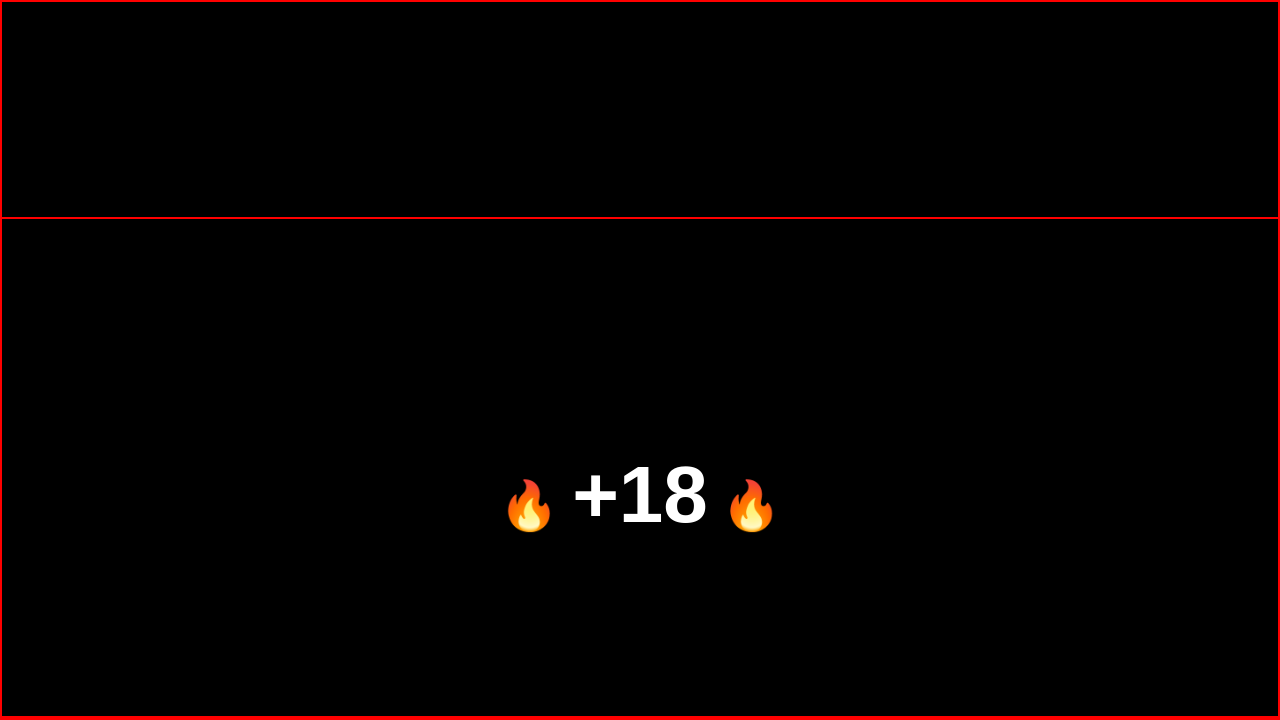
Repository: odiloalmeida/inever
Page: index.html
An editor plug-in stored every save of this project. The page is shown before and after the next save, followed by the edit.
The browser window is 1280 px wide. The pictures show the whole page.

Above is the page before, as saved 2023-01-31 22:27:44.

### index.html
<!DOCTYPE html>
<html lang="en">
<head>
    <meta charset="UTF-8">
    <meta http-equiv="X-UA-Compatible" content="IE=edge">
    <meta name="viewport" content="width=device-width, initial-scale=1.0">
    <link rel="icon" type="image/svg+xml" href="https://cdn-icons-png.flaticon.com/512/5181/5181956.png" />
    <link rel="stylesheet" href="./style.css">
    <title>18+ I Never</title>

</head>

<body>
    <div>
        <h1>EU NUNCA</h1>
    </div>
    <button id="myButton" onclick="changeButtonName()">
        <br>
        <span3>&#128293</span3>
        <span2>+18</span2>
        <span3>&#128293</span3>
    </button>
</body>

<script>

    function changeButtonName() {
        var button = document.getElementById("myButton");

        var names = ["Beijei alguém dessa turma",
        "Senti atração por alguém dessa turma",
        "Tomei banho pelado na praia/piscina",
        "Fiquei com um professor",
        "Fiquei com um amigo e me arrependi",
        "Fiquei com um amigo e não disse pra ninguém",
        "Menti sobre ter ficado com uma pessoa",
        "Bebi tanto que beijei alguém que não queria",
        "Bebi tanto que esqueci tudo no outro dia",
        "Vi um nudes de alguém dessa turma",
        "Desejei o namorado(a) de um amigo",
        "Fiquei com alguém por interesse",
        "Acelerei o ato sexual por que o oral estava ruim",
        "Bebi pra ter coragem de chegar numa pessoa",
        "Transei na escola ou faculdade",
        "Transei no chão",
        "Fiz sexo oral enquanto a pessoa trabalhava",
        "Fiz sexo oral enquanto a pessoa dirigia",
        "Usei fantasias sexuais",
        "Usei plug anal",
        "Usei um vibrador",
        "Fiquei com alguém depois neguei pra todo mundo",
        "Disse pra uma pessoa que a amava sem amar",
        "Transei no carro",
        "Broxei no meio do ato sexual",
        "Desisti de ficar com uma pessoa por que ela estava fedendo",
        "Fui chupar e estava fedendo muito e desisti",
        "Me masturbei depois do ato sexual por que não conseguir “chegar lá” com o parceiro",
        "Fiquei com dois amigos ao mesmo tempo sem eles saberem",
        "Parei o ato sexual para ir fazer xixi",
        "Fiz a chuca",
        "Transei na rua",
        "Paguei por sexo",
        "Fiz sexo por dinheiro",
        "Dei um beijo triplo",
        "Voltaria com um ex",
        "Fiquei com uma pessoa em um lugar e logo em seguida fui para outro lugar ficar com outra",
        "Tirei fotos pelado(a)",
        "Fiquei com alguém para fazer ciúme a outro",
        "Sofri por amor",
        "Sofri por ficante",
        "Espiei alguém tomando banho",
        "Tomei banho com alguém",
        "Enfiei o dedo no orifício de alguém (kkkk)",
        "Eu nunca fiquei com um amigo do meu amigo eme arrependi",
        "Eu nunca tive uma DST",
        "Eu já desejei a mãe de um amigo",
        "Eu já desejei o pai de um amigo",
        "Já beixei alguém do mesmo sexo",
        "Já deixei chuparem minha porta dos fundos",
        "Já questionei a minha sexualidade",
        "Já fiz goldenshower",
        "Já desisti do sexo quando vi o tamanho do instrumento",
        "Fumei um",
        "Cheirei cocaina",
        "Usei LSD",
        "Passei comida no parceiro",
        "Troquei o nome da pessoa na hora H",
        "Fiquei com uma pensando em outra",
        "Fatei aula pra ficar com alguém",
        "Menti nesse jogo",
        "Disse que estava doente para nao transar",
        "Fiquei com professor",
        "Fiquei com alguém por gratidão",
        "Tive tara em mãos",
        "Tive tara em pés",
        "Tive tara em ruivas",
        "Fui amordaçado",
        "Fui algemado",
        "Fui chicoteado",
        "Bati de mais em alguém na hora H e fiquei com medo",
        "Vomitei na hora H",
        "Fiz sexo na praia",
        "Fiz sexo na moto",
        "Fiz sexo na bicicleta",
        "Chupei outro por tabela",
        "Fiz oral em um e depois beijei a boca de outro",
        "Transei com 2 ao mesmo tempo",
        "Transei com mais de 3 ao mesmo tempo",
        "Ja fiquei com duas pessoas do mesmo sexo, ao mesmo tempo",
        "Cherei loló",
        "Fumei cigarro",
        "Tive como alcoólico",
        "Tive amnésia alcoólica",
        "Dormi bebado no chão",
        "Mijei em mim, estando bebado",
        "Vomitei em mim, estando bebado",
        "Beijei alguém que eu odiava",
        "Fiquei com um Ex antigo e me arrependi (Foi horrível)",
        "Tive flashback com mais de um EX",
        "Tive um PA",
        "Fiquei com um(a) PM",
        "Subi numa mesa bebado",
        "Fiquei com alguém da boca podre",
        "Já caguei o pau (literalmente)",
        "Já cai de bicicleta",
        "Quebrei um osso (Beba uma dose por osso)",
        "Já talariquei mulher de amigo (Uma dose por mulher)",
        "Já talariquei marido de amiga (Uma dose por homem)",
        "Já beijei um mendigo",
        "Já fiz dentro do mar",
        "Ja fiz dentro do tanque",
        "Pedi alguém em casamento",
        "Já me juntei com conjugue",
        "Já fui CORNO(A)",
        "Atirei com arma de fogo",
        "Dê uma pausa de 15min, para não embriagar",
        "Durei menos de 2 min no sexo",
        "Fiz gosar em menos de 2min",
        "Pensei em me prostituir",
        "Tomei remédio TARJA PRETA",
        "Quando de maior, senti atração por 15-",
        "Dormi sujo",
        "Passei o dia sem tomar banho",
        "Passei dois dias sem tomar banho",
        "Passei mais de 36h acordado",
        "Levei pão de manhã para casa, após o rolê",
        "Bebi mais de 2L em uma noite",
        "Desejei minha cunhada",
        "Transei com alguém na escada",
        "Já botei atrás  depois na frente",
        "Cai da arvore",
        "Me feri gravemente",
        "Imaginei alguém dessa turma pelado",
        "Usei camisinha com sabores",
        "Limbei a bunda e olhei o papel higienico",
        "Transei no cinema",
        "Flertei com o garçom",
        "Beijei um primo(a)",
        "Transei com um primo(a)",
        "Sonhei que estava pelado em público",
        "Transei na chuva",
        "Dormir de conchinha na chuva",
        "Fiz punheta / siririca coletiva",
        "Me masturbei pensando em alguém da roda",
        "Vi nude de alguém da roda",
        "Enviei nude errado",
        "Peguei alguém no elevador",
        "Falei que o sexo foi bom, quando na verdade foi uma merda",
        "Gosei dentro com camisinha",
        "Conversando com o penis do meu namorado",
        "Fiz espanhola",
        "Transei com alguém que participou desse jogo agora",
        "Transei com um médico",
        "Transei com um entregador",
        "Transei com enfermeiro(a)",
        "Transei com Advogado(a)",
        "Transei com Fisioterapeuta",
        "Transei com agente de saúde",
        "Transei com personal trainer",
        "Fiz sexo rapido para dormir logo",
        "Transei numa contrução",
        "Transei numa casa abandonada",
        "Transei na rede",
        "Transei na cadeira",
        "Transei no sofá",
        "Transei em local público",
        "Tive sonhos eróticos com alguém dessa roda",
        "Fui em um motel e não transei",
        "Criei passarinho",
        "Chupei alguém com algum amigo vendo",
        "Fui voyeur",
        "Transei num posto de saúde",
        "Transei no quintal de casa",
        "Transei no telhado",
        "Terminei com uma pessoa por mensagem",
        "Terminaram comigo por mensagem",
        "Fiz Topless na praia",
        "Usei gelo na cama",
        "Usei halls na cama",
        "Sai sem calcinha para provocar alguém",
        "Malhei sem calcinha",
        "Fingi prazer",
        "Fingi simpatia para conquistar uma pessoa",
        "Fiz cosplay de rico",
        "Banquei a coitadinha para ganhar algo em troca",
        "Sai sem pagar a conta",
        "Levei o copo de um bar",
        "Caguei num banheiro quimico",
        "Dirigi bebado",
        "Ouvi alguém transando",
        "Fui pego me masturbando",
        "Fui pego na hora H pelos meus familiares ou amigos",
        "Transei assistindo porno",
        "Tive ressaca moral",
        "Chorei enquanto transava",
        "Pedi parar porque estava doendo",
        "Enforqueia até quase desmaiar",
        "Transei em uma banheira",
        "Beijei a pessoa querendo a do lado",
        "Beijei um feio(a)",
        "Beijei um(a) 10/10",
        "Nunca chupei dois ao mesmo tempo",
        "Matei aula para fumar um",
        "Matei aula para transar",
        "Quebrei uma cama enquanto transava",
        "Cai da cama enquanto transava",
        "Fiquei orgulhoso do meu desempenho",
        "Fiquei triste com meu desempenho",
        "Tentaram arrancar minh lingua",
        "Já beijei um desesperado, que quase me engole",
        "Bebi do copo de um estranho e tinha droga"




        ];

        var randomName = names[Math.floor(Math.random() * names.length)];
        button.innerHTML = randomName;
    }

</script>

</html>

### style.css
* {
    padding: 0;
    margin: 0;
    box-sizing: border-box;
}

body {
    width: 100vw;
    height: 100vh;
    background-color: #000;
    display: flex;
    flex-direction: column;
    align-items: center;
    justify-content: center;
    border: red 2px solid;
}

div {
    width: 100%;
    height: 30vh;
}

button {
    background-color: transparent;
    height: 70vh;
    width: 100vw;
    border: red 2px solid;
    font-weight: bold;
    font-size: 3rem;
    padding: 5px;
    color: #f1f1f1;
}

button span {
    background-image: linear-gradient(to bottom,#800000,#8B0000, red, yellow);
    background-clip: text;
    -webkit-background-clip: text;
    -webkit-text-fill-color: transparent;
    color: black;
    font-size: 3.3rem;
    font-weight: 900;
}

button span2 {
    color: #fff;
    font-size: 5rem;
}

After the next save:
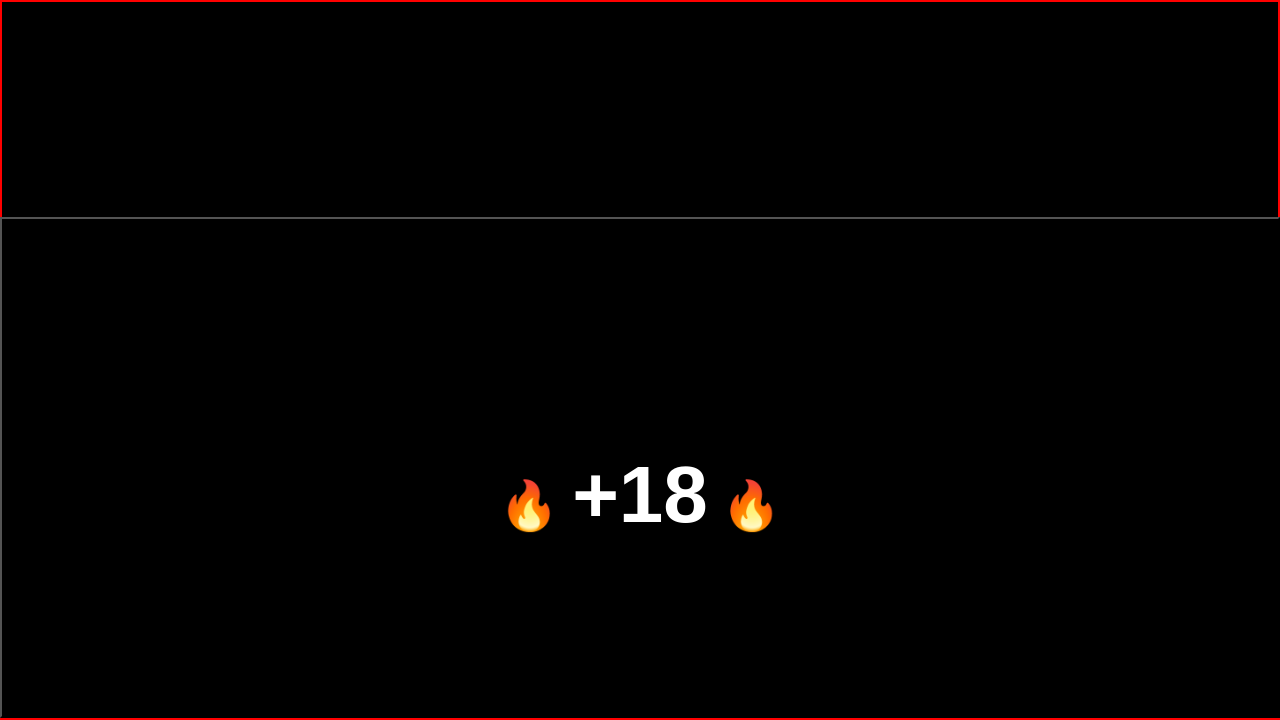
Saved 58 s later.
--- a/style.css
+++ b/style.css
@@ -24,7 +24,7 @@
     background-color: transparent;
     height: 70vh;
     width: 100vw;
-    border: red 2px solid;
+    border: red 2px 0 solid;
     font-weight: bold;
     font-size: 3rem;
     padding: 5px;

After the 2 saves that followed:
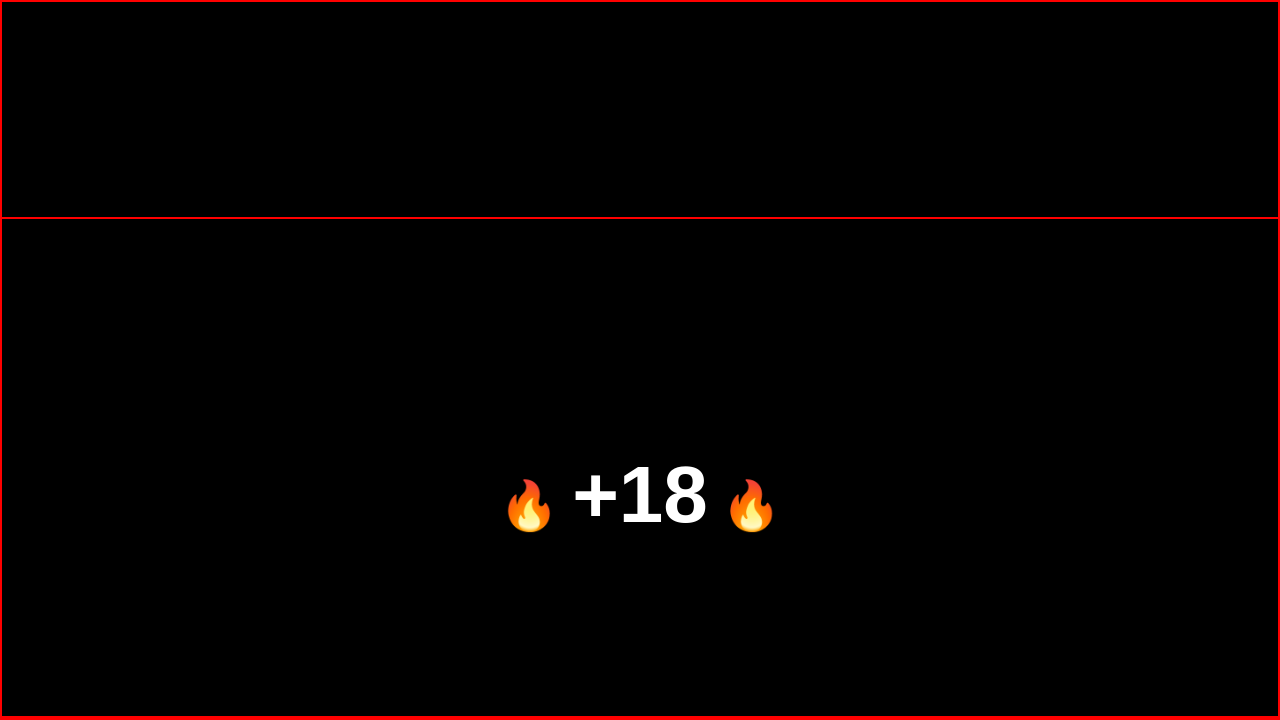
The 2 saves are shown as one change because 1 left the picture as it was.
The last was saved 22 s later.
--- a/style.css
+++ b/style.css
@@ -24,7 +24,7 @@
     background-color: transparent;
     height: 70vh;
     width: 100vw;
-    border: red 2px 0 solid;
+    border: red 2px solid;
     font-weight: bold;
     font-size: 3rem;
     padding: 5px;
